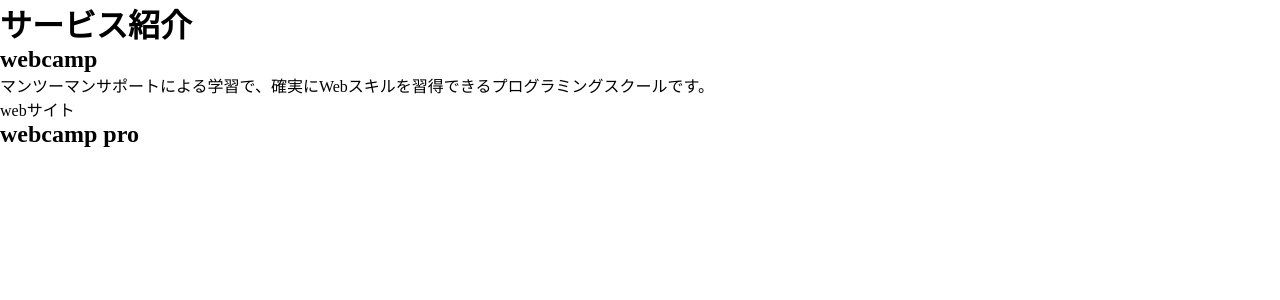
Repository: newyorkey/exercise1
Page: work2/work2.html
The author's editor kept a record of every edit. The page is drawn from the files as they stood at one moment, then again after the next edit.
The browser window is 1280 px wide. The pictures show the whole page.

Above is the page before.

After the next edit:
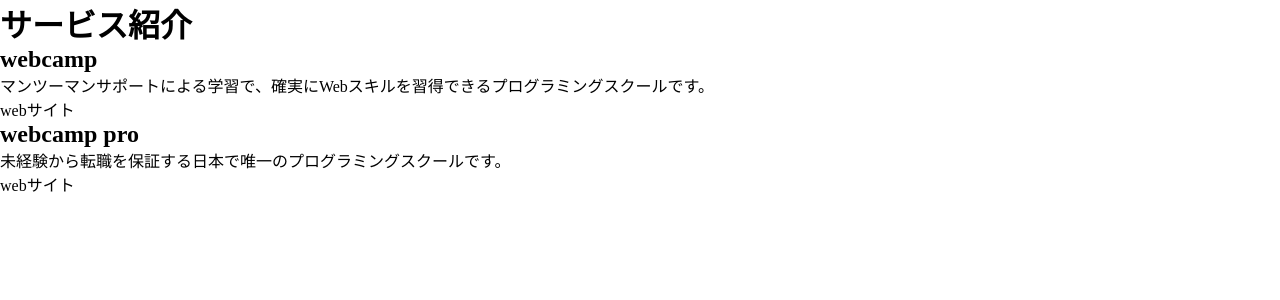
The edit:
--- a/work2/work2.html
+++ b/work2/work2.html
@@ -20,7 +20,9 @@
 
     <h2>webcamp pro </h2>
 
+    <p>未経験から転職を保証する日本で唯一のプログラミングスクールです。</p
 
+    <a>webサイト</a>
 
 
 
